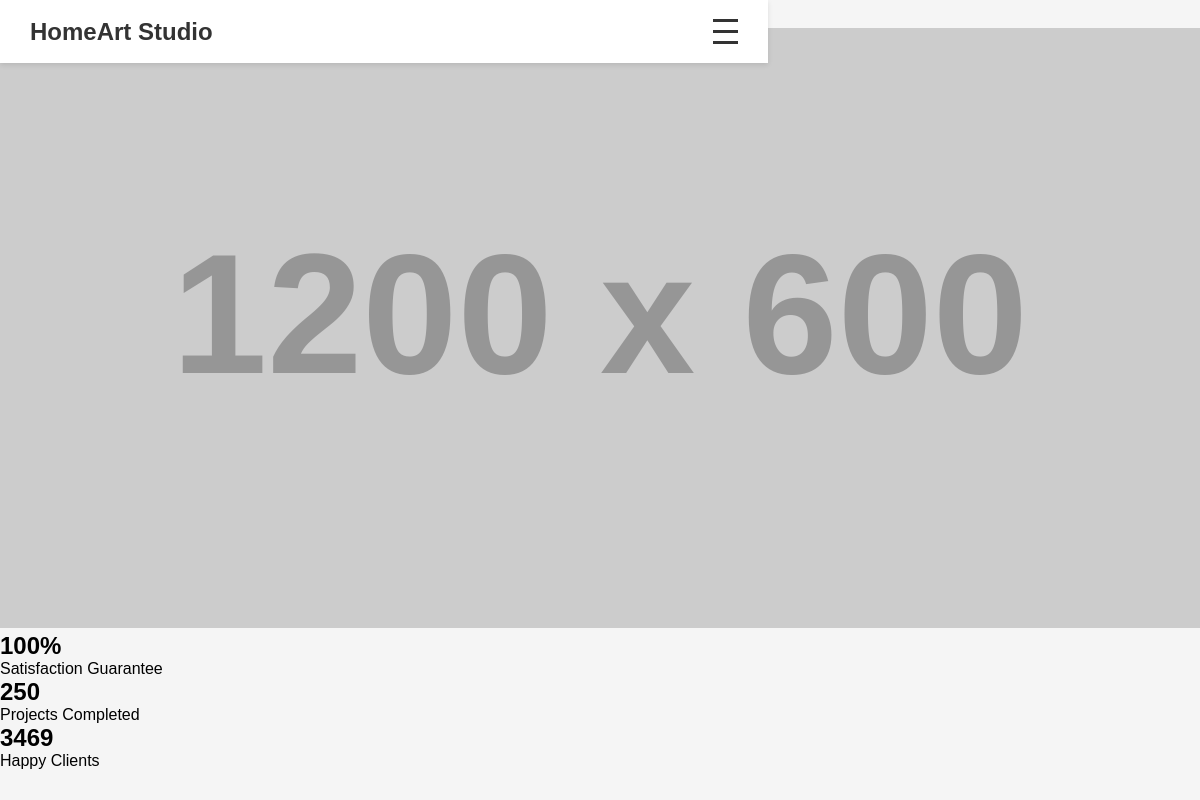
Repository: Patience225/home-decor-studio
Page: index.html
These files come from the project's save history. The page is drawn as it stood at one moment and after the next save; the edit follows.
The browser window is 768 px wide. The page is 1200 px wide, then 768 px, so the pictures cover 1200 px, including what lies to the right of the window. The pictures show the whole page.

Above is the page before, as saved 2025-01-29 04:30:40.

### index.html
<!DOCTYPE html>
<html lang="en">
<head>
  <meta charset="UTF-8">
  <meta name="viewport" content="width=device-width, initial-scale=1.0">
  <title>HomeArt Studio</title>
  <link rel="stylesheet" href="styles.css">
</head>
<body>
  <header>
    <nav class="navbar">
      <div class="logo">HomeArt Studio</div>
      <ul class="nav-links">
        <li><a href="#">Home</a></li>
        <li><a href="#">About</a></li>
        <li><a href="#">Services</a></li>
        <li><a href="#">Collections</a></li>
        <li><a href="#">Projects</a></li>
        <li><a href="#">Contact</a></li>
      </ul>
      <div class="hamburger">
        <span></span>
        <span></span>
        <span></span>
      </div>
    </nav>
  </header>
  <section class="hero">
    <div class="hero-content">
      <h1>Designs That Breathe Life into Your Home</h1>
      <img src="https://via.placeholder.com/1200x600" alt="Living room design" class="hero-image">
      <div class="hero-stats">
        <div class="stat-item">
          <h2>100%</h2>
          <p>Satisfaction Guarantee</p>
        </div>
        <div class="stat-item">
          <h2>250</h2>
          <p>Projects Completed</p>
        </div>
        <div class="stat-item">
          <h2>3469</h2>
          <p>Happy Clients</p>
        </div>
      </div>
    </div>
  </section>

  <script src="script.js"></script>
</body>
</html>

### styles.css
* {
  margin: 0;
  padding: 0;
  box-sizing: border-box;
}

body {
  font-family: 'Arial', sans-serif;
  background-color: #f5f5f5;
}

header {
  width: 100%;
  background-color: white;
  padding: 15px 30px;
  box-shadow: 0 2px 5px rgba(0, 0, 0, 0.1);
  position: fixed;
  top: 0;
  z-index: 10;
}

.navbar {
  display: flex;
  justify-content: space-between;
  align-items: center;
  max-width: 1200px;
  margin: auto;
}

.logo {
  font-size: 1.5rem;
  font-weight: bold;
  color: #333;
}

.nav-links {
  display: flex;
  list-style: none;
}

.nav-links li {
  margin-left: 25px;
}

.nav-links a {
  text-decoration: none;
  color: #333;
  font-size: 1rem;
  transition: color 0.3s ease;
}

.nav-links a:hover {
  color: #0078ff;
}

.hamburger {
  display: none;
  flex-direction: column;
  cursor: pointer;
}

.hamburger span {
  height: 3px;
  width: 25px;
  background: #333;
  margin: 4px 0;
}

@media (max-width: 768px) {
  .nav-links {
    display: none;
    flex-direction: column;
    position: absolute;
    top: 60px;
    right: 0;
    background-color: white;
    width: 100%;
    text-align: right;
  }

  .nav-links.active {
    display: flex;
  }

  .hamburger {
    display: flex;
  }
}

### script.js
const hamburger = document.querySelector('.hamburger');
const navLinks = document.querySelector('.nav-links');

hamburger.addEventListener('click', () => {
  navLinks.classList.toggle('active');
});

After the next save:
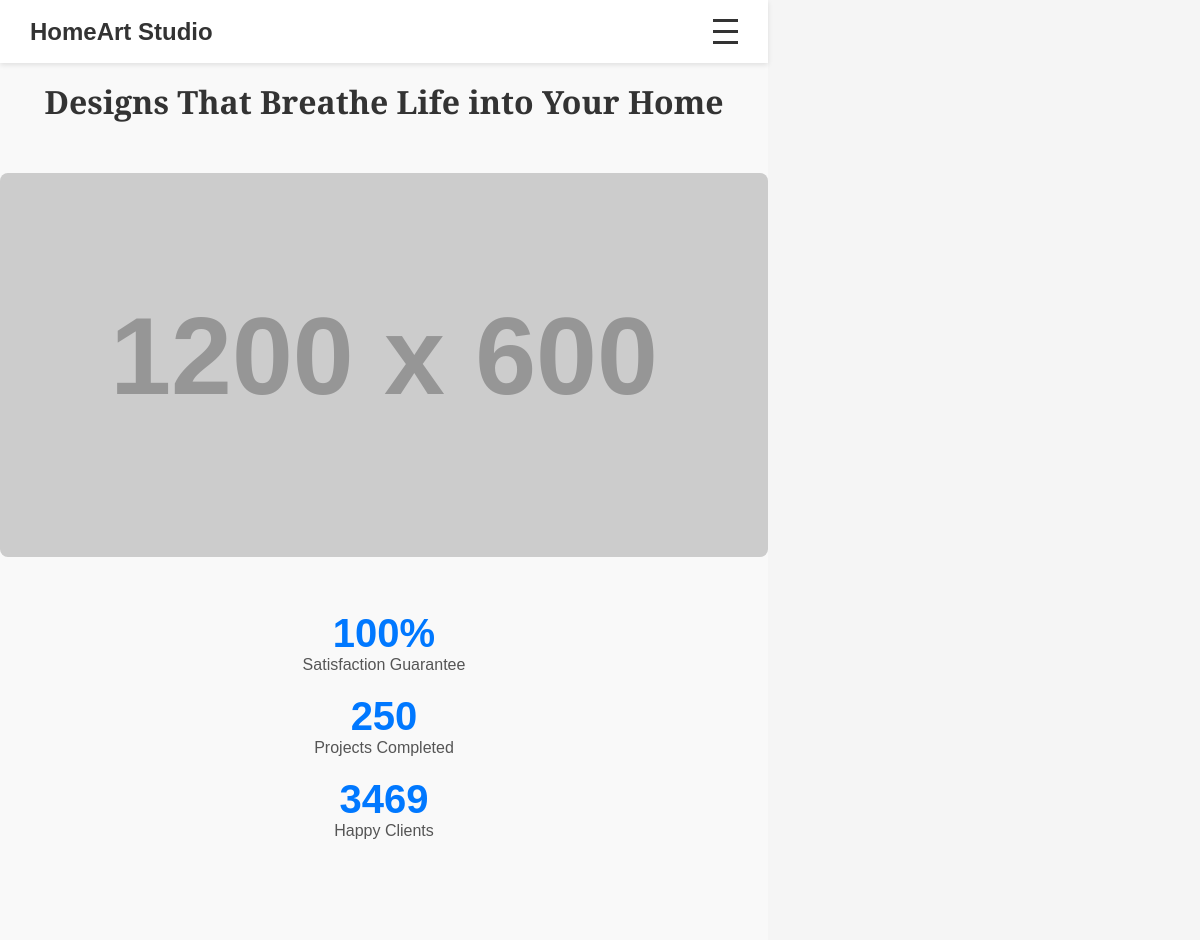
Saved 27 s later.
--- a/styles.css
+++ b/styles.css
@@ -86,3 +86,59 @@ header {
     display: flex;
   }
 }
+
+.hero {
+  width: 100%;
+  background-color: #f9f9f9;
+  padding: 80px 0;
+  text-align: center;
+}
+
+.hero-content h1 {
+  font-size: 3rem;
+  font-family: 'Georgia', serif;
+  color: #333;
+  margin-bottom: 20px;
+}
+
+.hero-image {
+  width: 100%;
+  max-width: 1200px;
+  height: auto;
+  border-radius: 8px;
+  margin: 30px 0;
+}
+
+.hero-stats {
+  display: flex;
+  justify-content: space-evenly;
+  max-width: 1000px;
+  margin: auto;
+  padding: 20px 0;
+}
+
+.stat-item {
+  text-align: center;
+}
+
+.stat-item h2 {
+  font-size: 2.5rem;
+  font-weight: bold;
+  color: #0078ff;
+}
+
+.stat-item p {
+  font-size: 1rem;
+  color: #555;
+}
+
+@media (max-width: 768px) {
+  .hero-content h1 {
+    font-size: 2rem;
+  }
+
+  .hero-stats {
+    flex-direction: column;
+    gap: 20px;
+  }
+}
